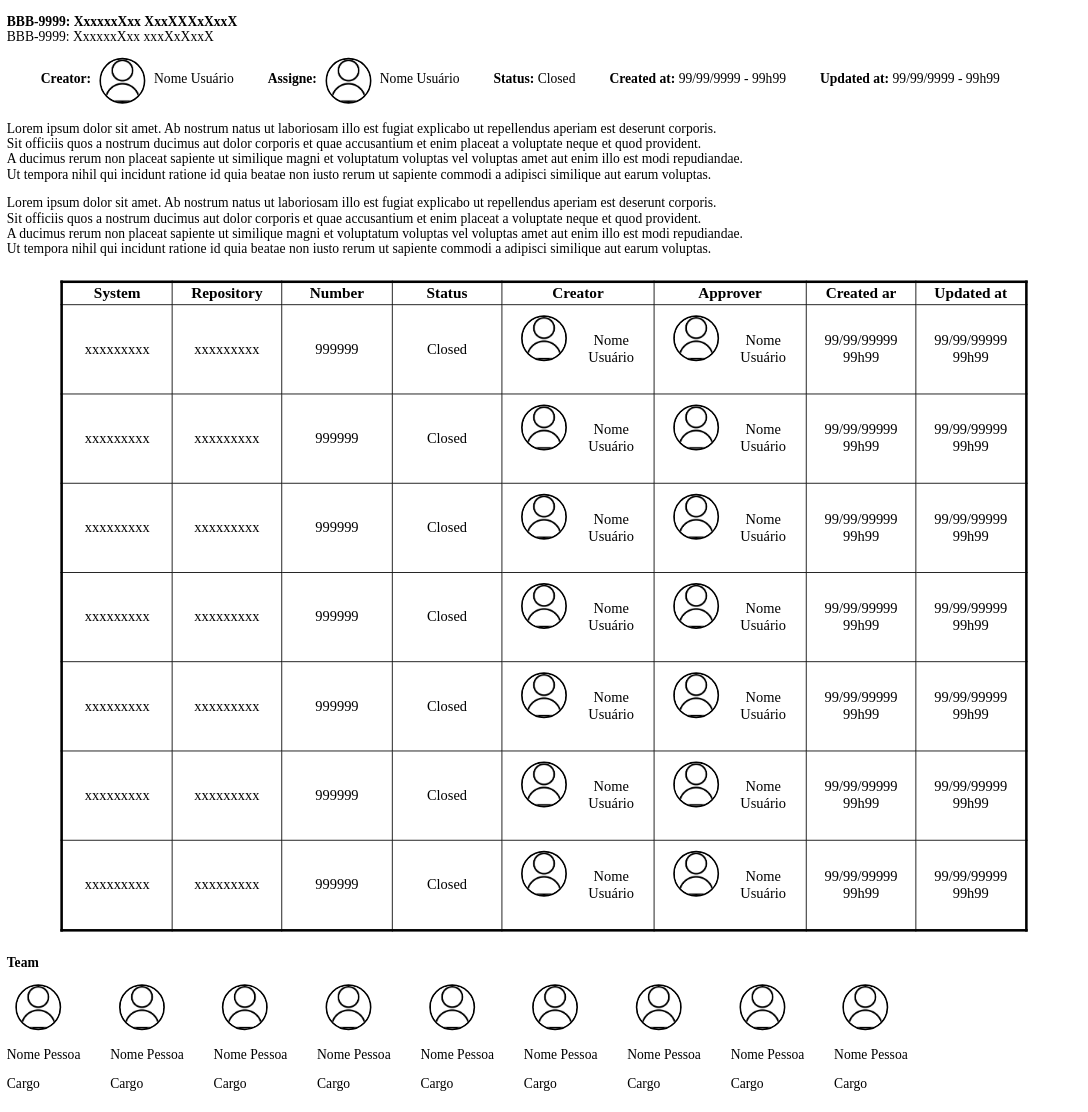
Repository: AnaBerlanda/PaginaFer
Page: index.html
An editor plug-in stored every save of this project. The page is shown before and after the next save, followed by the edit.
The browser window is 1280 px wide. The pictures show the whole page, at 85% of full size.

Above is the page before, as saved 2022-05-23 21:47:08.

### index.html
<!DOCTYPE html>
<html lang="en">
<head>
    <meta charset="UTF-8">
    <meta http-equiv="X-UA-Compatible" content="IE=edge">
    <meta name="viewport" content="width=device-width, initial-scale=1.0">
    <link type="text/css" rel="stylesheet" href="index.css">
    <title>Release</title>
</head>
<body>
    <p>
        <strong>BBB-9999: XxxxxxXxx XxxXXXxXxxX</strong><br>
        BBB-9999: XxxxxxXxx xxxXxXxxX
    </p>
    <div class="container">
        <div class="textos">
        <p class="sub-titulos"><strong>Creator:</strong></p>
        </div>
        <div class="imagem">
            <img src="imagem/Icone-usuario-Png-1024x1024.png">
        </div>
        <div class="nome-usuario">
            <p>Nome Usuário</p>
        </div>
        <div class="textos">
            <p class="sub-titulos"><strong>Assigne:</strong></p>
        </div>
            <div class="imagem">
                <img src="imagem/Icone-usuario-Png-1024x1024.png">
            </div>
            <div class="nome-usuario">
                <p>Nome Usuário</p>
            </div>
        <div class="textos">
            <p class="sub-titulos"><strong>Status:</strong> Closed</p>
        </div>
        <div class="textos">
            <p class="sub-titulos"><strong>Created at:</strong> 99/99/9999 - 99h99</p>
        </div>
        <div class="textos">
            <p class="sub-titulos"><strong>Updated at:</strong> 99/99/9999 - 99h99</p>
        </div>
    </div>
    <p>
        Lorem ipsum dolor sit amet. Ab nostrum natus ut laboriosam illo est fugiat explicabo ut repellendus aperiam est deserunt corporis.<br> Sit officiis quos a nostrum ducimus aut dolor corporis et quae accusantium et enim placeat a voluptate neque et quod provident.<br> A ducimus rerum non placeat sapiente ut similique magni et voluptatum voluptas vel voluptas amet aut enim illo est modi repudiandae.<br> Ut tempora nihil qui incidunt ratione id quia beatae non iusto rerum ut sapiente commodi a adipisci similique aut earum voluptas.
    </p>
    <p>
        Lorem ipsum dolor sit amet. Ab nostrum natus ut laboriosam illo est fugiat explicabo ut repellendus aperiam est deserunt corporis.<br> Sit officiis quos a nostrum ducimus aut dolor corporis et quae accusantium et enim placeat a voluptate neque et quod provident.<br> A ducimus rerum non placeat sapiente ut similique magni et voluptatum voluptas vel voluptas amet aut enim illo est modi repudiandae.<br> Ut tempora nihil qui incidunt ratione id quia beatae non iusto rerum ut sapiente commodi a adipisci similique aut earum voluptas.
    </p>
    <table class="tabela">
        <tr>
            <th>System</th>
            <th>Repository</th>
            <th>Number</th>
            <th>Status</th>
            <th>Creator</th>
            <th>Approver</th>
            <th>Created ar</th>
            <th>Updated at</th>
        </tr>
        <tr>
            <td>xxxxxxxxx</td>
            <td>xxxxxxxxx</td>
            <td>999999</td>
            <td>Closed</td>
            <td>
                <div class="tabela-imagem">
                    <div class="imagem">
                    <img src="imagem/Icone-usuario-Png-1024x1024.png">
                    </div>
                <div class="textos">
                    <p class="nome">Nome Usuário</p>
                </div>
                </div>
            </td>
            <td>
                <div class="tabela-imagem">
                    <div class="imagem">
                    <img src="imagem/Icone-usuario-Png-1024x1024.png">
                    </div>
                <div class="textos">
                    <p class="nome">Nome Usuário</p>
                </div>
                </div>
            </td>
            <td>99/99/99999 99h99</td>
            <td>99/99/99999 99h99</td>
        </tr>
        <tr>
            <td>xxxxxxxxx</td>
            <td>xxxxxxxxx</td>
            <td>999999</td>
            <td>Closed</td>
            <td>
                <div class="tabela-imagem">
                    <div class="imagem">
                    <img src="imagem/Icone-usuario-Png-1024x1024.png">
                    </div>
                <div class="textos">
                    <p class="nome">Nome Usuário</p>
                </div>
                </div>
            </td>
            <td>
                <div class="tabela-imagem">
                    <div class="imagem">
                    <img src="imagem/Icone-usuario-Png-1024x1024.png">
                    </div>
                <div class="textos">
                    <p class="nome">Nome Usuário</p>
                </div>
                </div>
            </td>
            <td>99/99/99999 99h99</td>
            <td>99/99/99999 99h99</td>
        </tr>
        <tr>
            <td>xxxxxxxxx</td>
            <td>xxxxxxxxx</td>
            <td>999999</td>
            <td>Closed</td>
            <td>
                <div class="tabela-imagem">
                    <div class="imagem">
                    <img src="imagem/Icone-usuario-Png-1024x1024.png">
                    </div>
                <div class="textos">
                    <p class="nome">Nome Usuário</p>
                </div>
                </div>
            </td>
            <td>
                <div class="tabela-imagem">
                    <div class="imagem">
                    <img src="imagem/Icone-usuario-Png-1024x1024.png">
                    </div>
                <div class="textos">
                    <p class="nome">Nome Usuário</p>
                </div>
                </div>
            </td>
            <td>99/99/99999 99h99</td>
            <td>99/99/99999 99h99</td>
        </tr>
        <tr>
            <td>xxxxxxxxx</td>
            <td>xxxxxxxxx</td>
            <td>999999</td>
            <td>Closed</td>
            <td>
                <div class="tabela-imagem">
                    <div class="imagem">
                    <img src="imagem/Icone-usuario-Png-1024x1024.png">
                    </div>
                <div class="textos">
                    <p class="nome">Nome Usuário</p>
                </div>
                </div>
            </td>
            <td>
                <div class="tabela-imagem">
                    <div class="imagem">
                    <img src="imagem/Icone-usuario-Png-1024x1024.png">
                    </div>
                <div class="textos">
                    <p class="nome">Nome Usuário</p>
                </div>
                </div>
            </td>
            <td>99/99/99999 99h99</td>
            <td>99/99/99999 99h99</td>
        </tr>
        <tr>
            <td>xxxxxxxxx</td>
            <td>xxxxxxxxx</td>
            <td>999999</td>
            <td>Closed</td>
            <td>
                <div class="tabela-imagem">
                    <div class="imagem">
                    <img src="imagem/Icone-usuario-Png-1024x1024.png">
                    </div>
                <div class="textos">
                    <p class="nome">Nome Usuário</p>
                </div>
                </div>
            </td>
            <td>
                <div class="tabela-imagem">
                    <div class="imagem">
                    <img src="imagem/Icone-usuario-Png-1024x1024.png">
                    </div>
                <div class="textos">
                    <p class="nome">Nome Usuário</p>
                </div>
                </div>
            </td>
            <td>99/99/99999 99h99</td>
            <td>99/99/99999 99h99</td>
        </tr>
        <tr>
            <td>xxxxxxxxx</td>
            <td>xxxxxxxxx</td>
            <td>999999</td>
            <td>Closed</td>
            <td>
                <div class="tabela-imagem">
                    <div class="imagem">
                    <img src="imagem/Icone-usuario-Png-1024x1024.png">
                    </div>
                <div class="textos">
                    <p class="nome">Nome Usuário</p>
                </div>
                </div>
            </td>
            <td>
                <div class="tabela-imagem">
                    <div class="imagem">
                    <img src="imagem/Icone-usuario-Png-1024x1024.png">
                    </div>
                <div class="textos">
                    <p class="nome">Nome Usuário</p>
                </div>
                </div>
            </td>
            <td>99/99/99999 99h99</td>
            <td>99/99/99999 99h99</td>
        </tr>
        <tr>
            <td>xxxxxxxxx</td>
            <td>xxxxxxxxx</td>
            <td>999999</td>
            <td>Closed</td>
            <td>
                <div class="tabela-imagem">
                    <div class="imagem">
                    <img src="imagem/Icone-usuario-Png-1024x1024.png">
                    </div>
                <div class="textos">
                    <p class="nome">Nome Usuário</p>
                </div>
                </div>
            </td>
            <td>
                <div class="tabela-imagem">
                    <div class="imagem">
                    <img src="imagem/Icone-usuario-Png-1024x1024.png">
                    </div>
                <div class="textos">
                    <p class="nome">Nome Usuário</p>
                </div>
                </div>
            </td>
            <td>99/99/99999 99h99</td>
            <td>99/99/99999 99h99</td>
        </tr>
    </table>
    <p><strong>Team</strong></p>
    <div class="imagens-time">
        <div class="imagem">
            <img src="imagem/Icone-usuario-Png-1024x1024.png">
            <p class="nome">Nome Pessoa</p>
            <p class="cargo">Cargo</p>
        </div>
        <div class="imagem">
            <img src="imagem/Icone-usuario-Png-1024x1024.png">
            <p class="nome">Nome Pessoa</p>
            <p class="cargo">Cargo</p>
        </div>
        <div class="imagem">
            <img src="imagem/Icone-usuario-Png-1024x1024.png">
            <p class="nome">Nome Pessoa</p>
            <p class="cargo">Cargo</p>
        </div>
        <div class="imagem">
            <img src="imagem/Icone-usuario-Png-1024x1024.png">
            <p class="nome">Nome Pessoa</p>
            <p class="cargo">Cargo</p>
        </div>
        <div class="imagem">
            <img src="imagem/Icone-usuario-Png-1024x1024.png">
            <p class="nome">Nome Pessoa</p>
            <p class="cargo">Cargo</p>
        </div>
        <div class="imagem">
            <img src="imagem/Icone-usuario-Png-1024x1024.png">
            <p class="nome">Nome Pessoa</p>
            <p class="cargo">Cargo</p>
        </div>
        <div class="imagem">
            <img src="imagem/Icone-usuario-Png-1024x1024.png">
            <p class="nome">Nome Pessoa</p>
            <p class="cargo">Cargo</p>
        </div>
        <div class="imagem">
            <img src="imagem/Icone-usuario-Png-1024x1024.png">
            <p class="nome">Nome Pessoa</p>
            <p class="cargo">Cargo</p>
        </div>
        <div class="imagem">
            <img src="imagem/Icone-usuario-Png-1024x1024.png">
            <p class="nome">Nome Pessoa</p>
            <p class="cargo">Cargo</p>
        </div>

    </div>
    <div class="textos-time">


    </div>

    </div>















</body>
</html>

### index.css
.container{
    display: flex;

}
.imagem img{
    width: 50px;
    height: 50px;
    border-radius: 50%;
    border: 2px solid black;
    margin-left: 10px;
}
.textos{
    margin-left: 40px;
}
.nome-usuario{
    margin-left: 10px;
}
.main-container{
    display: flex;
    justify-content: space-around;
    gap: 10px;
}
table {
    border-collapse: collapse;
    border: 3px solid black;
    width: 90%;
    margin: 28px auto;
    border-radius: 2%;
}
table th{
    border: 1px solid black;
    color:black;
    font-size: 18px;
    padding: 2px;

}
table td {
    text-align: center;
    border: 1px solid black;
    color: black;
    font-size: 17px;
    width: 10%;
    padding: 5px;
}
.tabela-imagem{
    display:flex
}
.tabela-imagem .textos{
    margin: 10px;
}
.tabela-imagem .imagem{
    margin: 7px;
}
.imagens-time{
display: flex;
}
.imagens-time{
    display: flex;
    gap: 35px;
}
.textos-time{
    margin: 0;
    padding: 0;
}

After the next save:
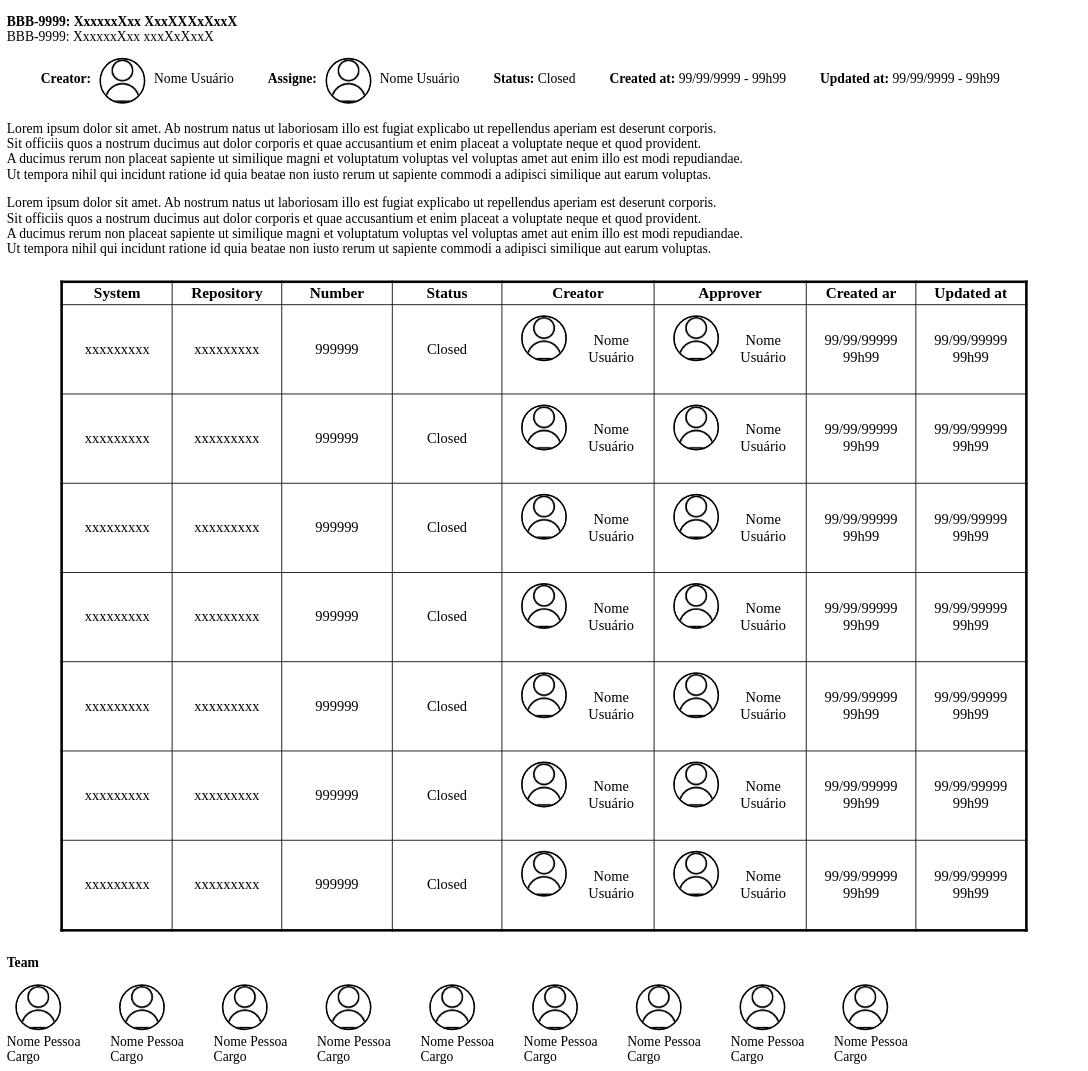
Saved 12 min 17 s later.
--- a/index.css
+++ b/index.css
@@ -58,7 +58,7 @@ display: flex;
     display: flex;
     gap: 35px;
 }
-.textos-time{
+.imagens-time .imagem p{
     margin: 0;
     padding: 0;
 }
